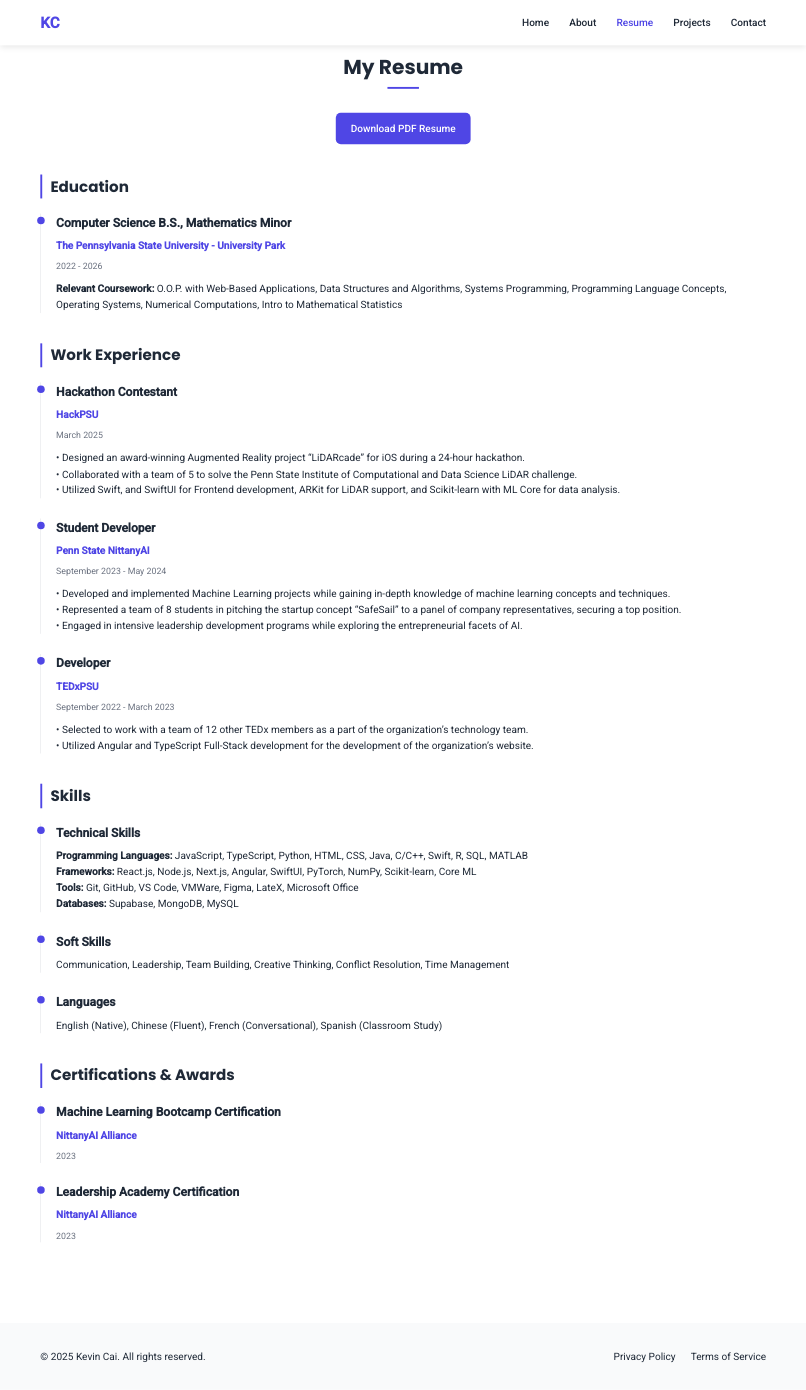
Repository: itskevbo/E-Portfolio
Page: pages/resume.html
The author's editor kept a copy of each file at every save. The page is drawn from the files as they stood at one save, then again after the next save.
The browser window is 1280 px wide. The pictures show the whole page, at 63% of full size.

Above is the page before, as saved 2025-04-15 00:32:04.

### pages/resume.html
<!DOCTYPE html>
<html lang="en">
<head>
    <meta charset="UTF-8">
    <meta name="viewport" content="width=device-width, initial-scale=1.0">
    <title>Kevin Cai | Resume</title>
    <meta name="description" content="Professional resume of Kevin Cai">

    <!-- Favicon -->
    <link rel="icon" href="../assets/images/favicon.ico">

    <!-- CSS -->
    <link rel="stylesheet" href="../styles/main.css">

    <!-- Google Fonts -->
    <link rel="preconnect" href="https://fonts.googleapis.com">
    <link rel="preconnect" href="https://fonts.gstatic.com" crossorigin>
    <link href="https://fonts.googleapis.com/css2?family=Poppins:wght@300;400;500;700&family=Roboto:wght@400;500&display=swap" rel="stylesheet">

    <!-- Additional CSS for resume page -->
    <style>
        .resume-section {
            margin-bottom: 3rem;
        }

        .resume-section__title {
            margin-bottom: 1.5rem;
            font-size: var(--h3-font-size);
            position: relative;
            padding-left: 1rem;
        }

        .resume-section__title::before {
            content: '';
            position: absolute;
            width: 3px;
            height: 100%;
            background-color: var(--primary-color);
            left: 0;
            top: 0;
        }

        .resume-item {
            margin-bottom: 2rem;
            padding-left: 1.5rem;
            border-left: 1px solid var(--border-color);
            position: relative;
        }

        .resume-item::before {
            content: '';
            position: absolute;
            width: 12px;
            height: 12px;
            border-radius: 50%;
            background-color: var(--primary-color);
            left: -6px;
            top: 5px;
        }

        .resume-item__title {
            font-size: 1.2rem;
            margin-bottom: 0.5rem;
        }

        .resume-item__subtitle {
            color: var(--primary-color);
            font-size: var(--normal-font-size);
            margin-bottom: 0.5rem;
        }

        .resume-item__date {
            font-size: var(--small-font-size);
            color: var(--text-color-light);
            margin-bottom: 0.75rem;
        }

        .resume-item__description {
            font-size: var(--normal-font-size);
        }

        .download-resume {
            text-align: center;
            margin: 3rem 0;
        }
    </style>
</head>
<body>
    <!-- Header Component -->
    <header class="header" id="header">
        <div class="container">
            <div class="header__logo">
                <a href="../index.html" class="logo">KC</a>
            </div>

            <nav class="header__nav" id="nav-menu">
                <ul class="header__nav-list">
                    <li class="header__nav-item"><a href="../index.html" class="header__nav-link">Home</a></li>
                    <li class="header__nav-item"><a href="about.html" class="header__nav-link">About</a></li>
                    <li class="header__nav-item"><a href="resume.html" class="header__nav-link active">Resume</a></li>
                    <li class="header__nav-item"><a href="projects.html" class="header__nav-link">Projects</a></li>
                    <li class="header__nav-item"><a href="contact.html" class="header__nav-link">Contact</a></li>
                </ul>

                <div class="header__nav-toggle" id="nav-toggle">
                    <span></span>
                    <span></span>
                    <span></span>
                </div>
            </nav>
        </div>
    </header>

    <main>
        <section class="section">
            <div class="container">
                <h2 class="section__title">My Resume</h2>

                <div class="download-resume">
                    <a href="../assets/documents/Kevin Cai - Resume 2025-26 Software Engineering.pdf" class="btn btn-primary" target="_blank">Download PDF Resume</a>
                </div>

                <!-- Education Section -->
                <div class="resume-section">
                    <h3 class="resume-section__title">Education</h3>

                    <div class="resume-item">
                        <h4 class="resume-item__title">Computer Science B.S., Mathematics Minor</h4>
                        <h5 class="resume-item__subtitle">The Pennsylvania State University - University Park</h5>
                        <p class="resume-item__date">2022 - 2026</p>
                        <p class="resume-item__description">
                            <strong>Relevant Coursework:</strong> O.O.P. with Web-Based Applications, Data Structures and Algorithms, Systems Programming,
                            Programming Language Concepts, Operating Systems, Numerical Computations, Intro to Mathematical Statistics
                        </p>
                    </div>
                </div>

                <!-- Experience Section -->
                <div class="resume-section">
                    <h3 class="resume-section__title">Work Experience</h3>

                    <div class="resume-item">
                        <h4 class="resume-item__title">Hackathon Contestant</h4>
                        <h5 class="resume-item__subtitle">HackPSU</h5>
                        <p class="resume-item__date">March 2025</p>
                        <p class="resume-item__description">
                            • Designed an award-winning Augmented Reality project “LiDARcade” for iOS during a 24-hour hackathon.<br>
                            • Collaborated with a team of 5 to solve the Penn State Institute of Computational and Data Science LiDAR
                            challenge.<br>
                            • Utilized Swift, and SwiftUI for Frontend development, ARKit for LiDAR support, and Scikit-learn with ML Core for data analysis.
                        </p>
                    </div>

                    <div class="resume-item">
                        <h4 class="resume-item__title">Student Developer</h4>
                        <h5 class="resume-item__subtitle">Penn State NittanyAI</h5>
                        <p class="resume-item__date">September 2023 - May 2024</p>
                        <p class="resume-item__description">
                            • Developed and implemented Machine Learning projects while gaining in-depth knowledge of machine learning concepts and techniques.<br>
                            • Represented a team of 8 students in pitching the startup concept “SafeSail” to a panel of company representatives, securing a top position.<br>
                            • Engaged in intensive leadership development programs while exploring the entrepreneurial facets of AI.
                        </p>
                    </div>

                    <div class="resume-item">
                        <h4 class="resume-item__title">Developer</h4>
                        <h5 class="resume-item__subtitle">TEDxPSU</h5>
                        <p class="resume-item__date">September 2022 - March 2023</p>
                        <p class="resume-item__description">
                            • Selected to work with a team of 12 other TEDx members as a part of the organization’s technology team.<br>
                            • Utilized Angular and TypeScript Full-Stack development for the development of the organization’s website.
                        </p>
                    </div>
                </div>

                <!-- Skills Section (Summary) -->
                <div class="resume-section">
                    <h3 class="resume-section__title">Skills</h3>

                    <div class="resume-item">
                        <h4 class="resume-item__title">Technical Skills</h4>
                        <p class="resume-item__description">
                            <strong>Programming Languages:</strong> JavaScript, TypeScript, Python, HTML, CSS, Java, C/C++, Swift, R, SQL, MATLAB<br>
                            <strong>Frameworks:</strong> React.js, Node.js, Next.js, Angular, SwiftUI, PyTorch, NumPy, Scikit-learn, Core ML<br>
                            <strong>Tools:</strong> Git, GitHub, VS Code, VMWare, Figma, LateX, Microsoft Office<br>
                            <strong>Databases:</strong> Supabase, MongoDB, MySQL
                        </p>
                    </div>

                    <div class="resume-item">
                        <h4 class="resume-item__title">Soft Skills</h4>
                        <p class="resume-item__description">
                            Communication, Leadership, Team Building, Creative Thinking, Conflict Resolution, Time Management
                        </p>
                    </div>

                    <div class="resume-item">
                        <h4 class="resume-item__title">Languages</h4>
                        <p class="resume-item__description">
                            English (Native), Chinese (Fluent), French (Conversational), Spanish (Classroom Study)
                        </p>
                    </div>
                </div>

                <!-- Certifications and Awards -->
                <div class="resume-section">
                    <h3 class="resume-section__title">Certifications & Awards</h3>

                    <div class="resume-item">
                        <h4 class="resume-item__title">Machine Learning Bootcamp Certification</h4>
                        <h5 class="resume-item__subtitle">NittanyAI Alliance</h5>
                        <p class="resume-item__date">2023</p>
                    </div>

                    <div class="resume-item">
                        <h4 class="resume-item__title">Leadership Academy Certification</h4>
                        <h5 class="resume-item__subtitle">NittanyAI Alliance</h5>
                        <p class="resume-item__date">2023</p>
                    </div>
                </div>
            </div>
        </section>
    </main>

    <!-- Footer Component -->
    <footer class="footer">
        <div class="container">
            <div class="footer__content">
                <p>&copy; 2025 Kevin Cai. All rights reserved.</p>
                <div class="footer__links">
                    <a href="#" class="footer__link">Privacy Policy</a>
                    <a href="#" class="footer__link">Terms of Service</a>
                </div>
            </div>
        </div>
    </footer>

    <!-- JS -->
    <script src="../scripts/main.js"></script>
</body>
</html>

### styles/main.css
/*=============== VARIABLES ===============*/
:root {
    /* Colors */
    --primary-color: #4f46e5;
    --primary-color-alt: #4338ca;
    --secondary-color: #3b82f6;
    --accent-color: #8b5cf6;
    --text-color: #1f2937;
    --text-color-light: #6b7280;
    --body-color: #ffffff;
    --container-color: #f9fafb;
    --border-color: #e5e7eb;
    --success-color: #10b981;
    --error-color: #ef4444;

    /* Typography */
    --body-font: 'Roboto', sans-serif;
    --heading-font: 'Poppins', sans-serif;
    --h1-font-size: 2.5rem;
    --h2-font-size: 2rem;
    --h3-font-size: 1.5rem;
    --normal-font-size: 1rem;
    --small-font-size: 0.875rem;
    --smaller-font-size: 0.75rem;

    /* Font weights */
    --font-light: 300;
    --font-regular: 400;
    --font-medium: 500;
    --font-bold: 700;

    /* Z-index */
    --z-tooltip: 10;
    --z-fixed: 100;

    /* Transitions */
    --transition: all 0.3s ease;
}

/*=============== BASE ===============*/
* {
    margin: 0;
    padding: 0;
    box-sizing: border-box;
}

html {
    scroll-behavior: smooth;
}

body {
    font-family: var(--body-font);
    font-size: var(--normal-font-size);
    color: var(--text-color);
    background-color: var(--body-color);
    line-height: 1.6;
}

h1, h2, h3 {
    font-family: var(--heading-font);
    font-weight: var(--font-bold);
    color: var(--text-color);
}

ul {
    list-style: none;
}

a {
    text-decoration: none;
    color: var(--text-color);
    transition: var(--transition);
}

a:hover {
    color: var(--primary-color);
}

img {
    max-width: 100%;
    height: auto;
}

button,
input,
textarea {
    font-family: var(--body-font);
    font-size: var(--normal-font-size);
    outline: none;
    border: none;
}

button {
    cursor: pointer;
    background: none;
}

/*=============== REUSABLE CLASSES ===============*/
.container {
    max-width: 1200px;
    margin: 0 auto;
    padding: 0 1.5rem;
}

.section {
    padding: 5rem 0;
}

.section__title {
    font-size: var(--h2-font-size);
    text-align: center;
    margin-bottom: 3rem;
    position: relative;
}

.section__title::after {
    content: '';
    position: absolute;
    width: 50px;
    height: 3px;
    background-color: var(--primary-color);
    bottom: -10px;
    left: 50%;
    transform: translateX(-50%);
}

.highlight {
    color: var(--primary-color);
}

.grid {
    display: grid;
    gap: 1.5rem;
}

/*=============== BUTTONS ===============*/
.btn {
    display: inline-flex;
    align-items: center;
    justify-content: center;
    padding: 0.75rem 1.5rem;
    border-radius: 0.5rem;
    font-weight: var(--font-medium);
    transition: var(--transition);
}

.btn-primary {
    background-color: var(--primary-color);
    color: white;
}

.btn-primary:hover {
    background-color: var(--primary-color-alt);
    color: white;
}

.btn-outline {
    border: 2px solid var(--primary-color);
    color: var(--primary-color);
}

.btn-outline:hover {
    background-color: var(--primary-color);
    color: white;
}

/*=============== HEADER & NAV ===============*/
.header {
    position: fixed;
    top: 0;
    left: 0;
    width: 100%;
    background-color: var(--body-color);
    box-shadow: 0 2px 10px rgba(0, 0, 0, 0.1);
    z-index: var(--z-fixed);
}

.header .container {
    display: flex;
    align-items: center;
    justify-content: space-between;
    height: 4.5rem;
}

.header__logo .logo {
    font-size: 1.5rem;
    font-weight: var(--font-bold);
    color: var(--primary-color);
}

.header__nav {
    display: flex;
    align-items: center;
}

.header__nav-list {
    display: flex;
    gap: 2rem;
}

.header__nav-link {
    font-weight: var(--font-medium);
}

.header__nav-link.active {
    color: var(--primary-color);
}

.header__nav-toggle {
    display: none;
    flex-direction: column;
    gap: 5px;
    cursor: pointer;
}

.header__nav-toggle span {
    width: 25px;
    height: 2px;
    background-color: var(--text-color);
    transition: var(--transition);
}

/*=============== HERO ===============*/
.hero {
    min-height: 100vh;
    display: flex;
    align-items: center;
    padding-top: 4.5rem;
}

.hero .container {
    display: grid;
    grid-template-columns: 1fr 1fr;
    align-items: center;
    gap: 2.5rem;
}

.hero__title {
    font-size: var(--h1-font-size);
    margin-bottom: 1rem;
}

.hero__subtitle {
    font-size: var(--h3-font-size);
    color: var(--primary-color);
    margin-bottom: 1.5rem;
}

.hero__description {
    margin-bottom: 2rem;
    max-width: 400px;
}

.hero__actions {
    display: flex;
    gap: 1rem;
}

.hero__image-placeholder {
    background-color: var(--border-color);
    border-radius: 1rem;
    height: 400px;
    width: 100%;
}

/*=============== ABOUT ===============*/
.about__content {
    display: grid;
    grid-template-columns: 1fr 1fr;
    gap: 2.5rem;
    align-items: center;
}

.about__text p {
    margin-bottom: 1.5rem;
}

.about__image-placeholder {
    background-color: var(--border-color);
    border-radius: 1rem;
    height: 400px;
    width: 100%;
}

/*=============== PROJECTS ===============*/
.projects__filter {
    display: flex;
    justify-content: center;
    flex-wrap: wrap;
    gap: 1rem;
    margin-bottom: 2rem;
}

.projects__filter-btn {
    padding: 0.5rem 1.5rem;
    border-radius: 0.5rem;
    color: var(--text-color);
    font-weight: var(--font-medium);
    transition: var(--transition);
}

.projects__filter-btn:hover,
.projects__filter-btn.active {
    background-color: var(--primary-color);
    color: white;
}

.projects__grid {
    display: grid;
    grid-template-columns: repeat(auto-fill, minmax(280px, 1fr));
    gap: 2rem;
}

.project-card {
    background-color: var(--container-color);
    border-radius: 1rem;
    overflow: hidden;
    box-shadow: 0 4px 15px rgba(0, 0, 0, 0.1);
    transition: var(--transition);
}

.project-card:hover {
    transform: translateY(-10px);
    box-shadow: 0 10px 25px rgba(0, 0, 0, 0.2);
}

.project-card__image-placeholder {
    background-color: var(--border-color);
    height: 200px;
    width: 100%;
}

.project-card__content {
    padding: 1.5rem;
}

.project-card__title {
    margin-bottom: 0.75rem;
}

.project-card__description {
    color: var(--text-color-light);
    margin-bottom: 1rem;
}

.project-card__tags {
    display: flex;
    flex-wrap: wrap;
    gap: 0.5rem;
    margin-bottom: 1rem;
}

.tag {
    background-color: rgba(79, 70, 229, 0.1);
    color: var(--primary-color);
    padding: 0.25rem 0.75rem;
    border-radius: 0.5rem;
    font-size: var(--small-font-size);
}

.project-card__links {
    display: flex;
    gap: 1rem;
}

.project-card__link {
    color: var(--text-color-light);
}

.project-card__link:hover {
    color: var(--primary-color);
}

/*=============== SKILLS ===============*/
.skills__content {
    display: grid;
    grid-template-columns: repeat(auto-fit, minmax(300px, 1fr));
    gap: 2rem;
}

.skills__category-title {
    margin-bottom: 1.5rem;
    position: relative;
    display: inline-block;
    padding-left: 1rem;
}

.skills__category-title::before {
    content: '';
    position: absolute;
    width: 3px;
    height: 100%;
    background-color: var(--primary-color);
    left: 0;
    top: 0;
}

.skills__list {
    display: grid;
    gap: 1rem;
}

.skill-item {
    display: grid;
    gap: 0.5rem;
}

.skill-item__name {
    display: flex;
    justify-content: space-between;
}

.skill-item__bar {
    width: 100%;
    height: 8px;
    background-color: var(--border-color);
    border-radius: 1rem;
    overflow: hidden;
}

.skill-item__progress {
    height: 100%;
    background-color: var(--primary-color);
    border-radius: 1rem;
}

/*=============== CONTACT ===============*/
.contact__content {
    display: grid;
    grid-template-columns: 1fr 2fr;
    gap: 2.5rem;
}

.contact__info {
    display: grid;
    gap: 2rem;
}

.contact__info-item {
    display: flex;
    align-items: center;
    gap: 1rem;
}

.contact__social {
    display: flex;
    gap: 1rem;
}

.contact__social-link {
    display: flex;
    align-items: center;
    justify-content: center;
    width: 40px;
    height: 40px;
    border-radius: 50%;
    background-color: var(--container-color);
    color: var(--text-color);
    transition: var(--transition);
}

.contact__social-link:hover {
    background-color: var(--primary-color);
    color: white;
}

.contact__form {
    display: grid;
    gap: 1.5rem;
}

.form-group {
    display: grid;
    gap: 0.5rem;
}

.form-group label {
    font-weight: var(--font-medium);
}

.form-group input,
.form-group textarea {
    width: 100%;
    padding: 0.75rem 1rem;
    border: 1px solid var(--border-color);
    border-radius: 0.5rem;
    background-color: var(--container-color);
    transition: var(--transition);
}

.form-group input:focus,
.form-group textarea:focus {
    border-color: var(--primary-color);
}

.form-group textarea {
    height: 150px;
    resize: none;
}

/*=============== FOOTER ===============*/
.footer {
    background-color: var(--container-color);
    padding: 2.5rem 0;
}

.footer__content {
    display: flex;
    justify-content: space-between;
    align-items: center;
}

.footer__links {
    display: flex;
    gap: 1.5rem;
}

/*=============== MEDIA QUERIES ===============*/
/* For medium devices */
@media screen and (max-width: 968px) {
    :root {
        --h1-font-size: 2.25rem;
        --h2-font-size: 1.75rem;
        --h3-font-size: 1.25rem;
    }

    .hero .container,
    .about__content {
        grid-template-columns: 1fr;
    }

    .hero__image {
        grid-row: 1;
    }

    .contact__content {
        grid-template-columns: 1fr;
    }
}

/* For small devices */
@media screen and (max-width: 768px) {
    .header__nav-list {
        position: fixed;
        top: 4.5rem;
        right: -100%;
        background-color: var(--body-color);
        width: 80%;
        height: 100vh;
        flex-direction: column;
        align-items: center;
        justify-content: center;
        padding: 3rem 0;
        box-shadow: -5px 0 15px rgba(0, 0, 0, 0.1);
        transition: var(--transition);
    }

    .header__nav-list.show-menu {
        right: 0;
    }

    .header__nav-toggle {
        display: flex;
    }

    .header__nav-toggle.active span:nth-child(1) {
        transform: rotate(45deg) translate(5px, 5px);
    }

    .header__nav-toggle.active span:nth-child(2) {
        opacity: 0;
    }

    .header__nav-toggle.active span:nth-child(3) {
        transform: rotate(-45deg) translate(5px, -5px);
    }

    .footer__content {
        flex-direction: column;
        gap: 1rem;
    }
}

/* For smaller devices */
@media screen and (max-width: 350px) {
    :root {
        --h1-font-size: 2rem;
        --h2-font-size: 1.5rem;
        --h3-font-size: 1.25rem;
    }

    .container {
        padding: 0 1rem;
    }

    .hero__actions {
        flex-direction: column;
        width: 100%;
    }

    .hero__actions .btn {
        width: 100%;
        text-align: center;
    }

    .projects__filter {
        flex-direction: column;
        width: 100%;
    }
}

Loaded but not shown: scripts/main.js (180 lines, source omitted)

After the next save:
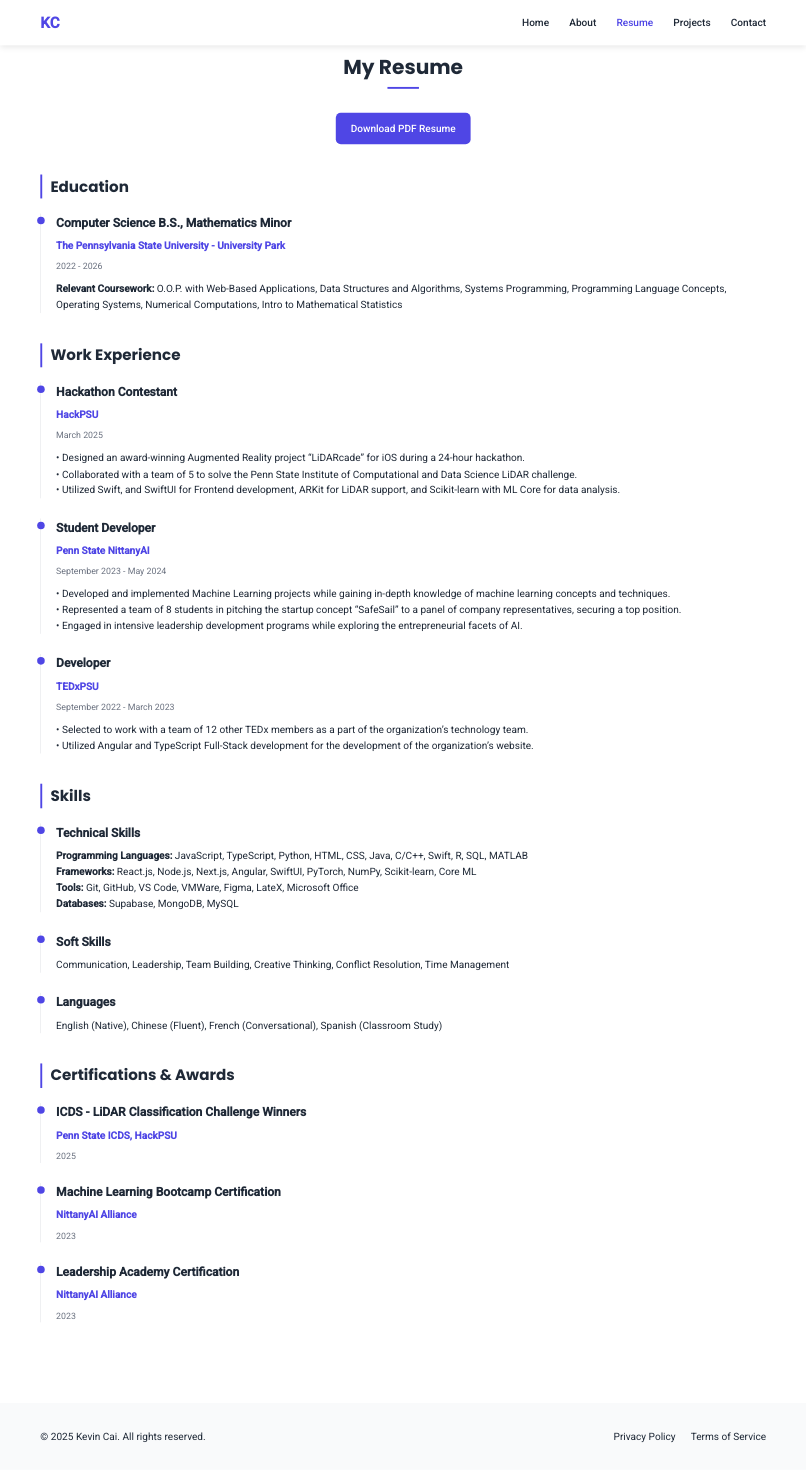
Saved 4 s later.
--- a/pages/resume.html
+++ b/pages/resume.html
@@ -207,6 +207,12 @@
                     <h3 class="resume-section__title">Certifications & Awards</h3>
 
                     <div class="resume-item">
+                        <h4 class="resume-item__title">ICDS - LiDAR Classification Challenge Winners </h4>
+                        <h5 class="resume-item__subtitle">Penn State ICDS, HackPSU</h5>
+                        <p class="resume-item__date">2025</p>
+                    </div>
+
+                    <div class="resume-item">
                         <h4 class="resume-item__title">Machine Learning Bootcamp Certification</h4>
                         <h5 class="resume-item__subtitle">NittanyAI Alliance</h5>
                         <p class="resume-item__date">2023</p>
